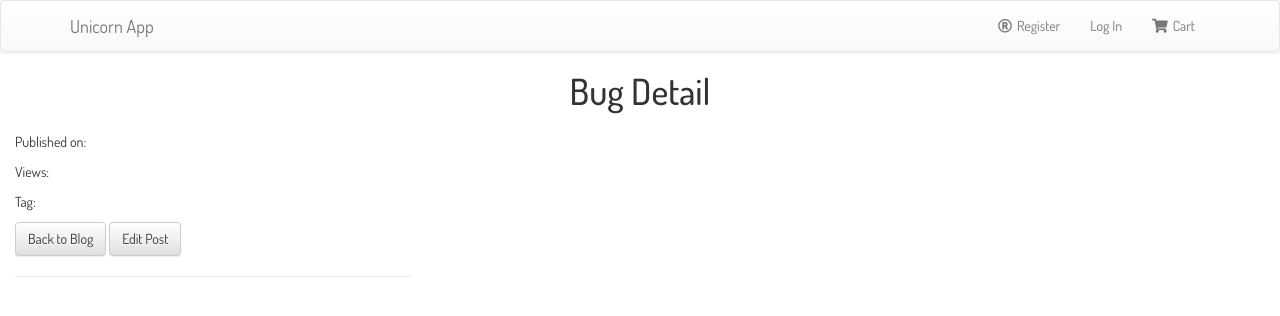
Repository: twdstudent/Project-5-Unicorn
Page: bugs/templates/bug-detail.html
The author's editor kept a record of every edit. The page is drawn from the files as they stood at one moment, then again after the next edit.
The browser window is 1280 px wide. The pictures show the whole page.
Some web fonts or font styles are not loaded; a fallback is used. Some web libraries are served in a nearby version. The template is drawn by Django 2.2. The application's start-up code is not run. Other server files are loaded and not shown. The template is opened directly, without the code that normally fills it, so the values that code supplies are empty.

Above is the page before.

### bugs/templates/bug-detail.html
{% extends 'base.html' %}
{% block content %}

<h1 class="h1">bug detail</h1>


<div class="container-fluid">
    <div class="row">
        <div class="col-xs-12 col-md-6 col-lg-4 col-xl-3">
            {% if post.image %}
                <img class="img-bugpost" src="/media/img{{ bug.image }}">
            {% endif %}
            <p>{{ post.content }}</p>
                    <p><span>Published on:</span> {{ bug.published_date }} </p>
                    <p><span>Views:</span> {{post.views}}</p>
                    <p><span>Tag:</span> {{ post.tag }}</p>
                    <a href="{% url 'get_posts' %}" class="btn btn-default">Back to Blog</a>
                    <a href="{% url 'edit_post' post.id %}" class="btn btn-default">Edit Post</a>
                    <hr>

        </div>
    </div>
</div>


{% endblock %}

### templates/base.html
{% load staticfiles %}
<!DOCTYPE html>
<html lang="en">

<head>
    <meta charset="UTF-8">
    <meta name="viewport" content="width=device-width, initial-scale=1">
    <meta http-equiv="X-UA-Compatible" content="ie=edge">

    <link rel="stylesheet" href="https://use.fontawesome.com/releases/v5.8.1/css/all.css" integrity="sha384-50oBUHEmvpQ+1lW4y57PTFmhCaXp0ML5d60M1M7uH2+nqUivzIebhndOJK28anvf" crossorigin="anonymous">
    <link rel="stylesheet" href="https://maxcdn.bootstrapcdn.com/bootstrap/3.3.7/css/bootstrap.min.css" integrity="sha384-BVYiiSIFeK1dGmJRAkycuHAHRg32OmUcww7on3RYdg4Va+PmSTsz/K68vbdEjh4u" crossorigin="anonymous">
    <!-- Optional theme -->
    <link rel="stylesheet" href="https://maxcdn.bootstrapcdn.com/bootstrap/3.3.7/css/bootstrap-theme.min.css" integrity="sha384-rHyoN1iRsVXV4nD0JutlnGaslCJuC7uwjduW9SVrLvRYooPp2bWYgmgJQIXwl/Sp" crossorigin="anonymous">
    <link rel="stylesheet" href="{% static 'css/styles.css' %}" type="text/css" />

    <script src="https://code.jquery.com/jquery-3.3.1.slim.min.js" integrity="sha384-q8i/X+965DzO0rT7abK41JStQIAqVgRVzpbzo5smXKp4YfRvH+8abtTE1Pi6jizo" crossorigin="anonymous"></script>
    <script src="https://maxcdn.bootstrapcdn.com/bootstrap/3.3.7/js/bootstrap.min.js" integrity="sha384-Tc5IQib027qvyjSMfHjOMaLkfuWVxZxUPnCJA7l2mCWNIpG9mGCD8wGNIcPD7Txa" crossorigin="anonymous"></script>
    <script type="text/javascript" src="{% static 'js/stripe.js' %}"></script>


    {% block head_js %}
    {% endblock head_js %}

    <title>{% block page_title %}{% endblock %}</title>
</head>

<body>
    <nav class="navbar navbar-masthead navbar-default">
        <div class="container">
            <div class="navbar-header">
                <button type="button" class="navbar-toggle collapsed" data-toggle="collapse" data-target="#navbar" aria-expanded="false" aria-controls="navbar">
                    <span class="sr-only">Toggle navigation</span>
                    <span class="icon-bar"></span>
                    <span class="icon-bar"></span>
                    <span class="icon-bar"></span>
                </button>
                <a class="navbar-brand" href="/">Unicorn App</a>
            </div>
            <div id="navbar" class="navbar-collapse collapse">
                <ul class="nav navbar-nav navbar-right">
                    {% if user.is_authenticated %}
                        <li><a href="{% url 'bugs' %}"><i class="fas fa-user"></i>Bugs</a></li>
                        <li><a href="{% url 'feature' %}"><i class="fas fa-user"></i>Features</a></li>
                        <li><a href="{% url 'profile' %}"><i class="fas fa-user"></i>Profile</a></li>
                        <li><a href="{% url 'logout' %}"><i class="fas fa-sign-out-alt"></i>Log Out</a></li>
                    {%  else %}
                        <li><a href="{% url 'registration' %}"><i class="far fa-registered"></i>Register</a></li>
                        <li><a href="{% url 'login' %}">Log In</a></li>
                    {% endif %}
                    <li>
                        <a href="{% url 'view_cart' %}">
                            <i class="fas fa-shopping-cart"></i>Cart
                            {% if feature_count > 0 %}
                            <label class="badge badge-warning">{{ feature_count }}</label>
                            {% endif %}
                        </a>
                    </li>
                </ul>
            </div>
        </div>
    </nav>

    <div class="align-header">
        <h1>{% block page_heading %}{% endblock %}</h1>
    </div>
    {% if messages %}
    <div class="logged-in">
        {% for message in messages %} {{ message }} {% endfor %}
    </div>
    {% endif %}

    {% block content %}
    {% endblock %}

</body>

</html>

### static/css/styles.css
@import url('https://fonts.googleapis.com/css?family=Dosis:100,200,300,400,500,600,700|San-Serif:100,200,300,400,500,600,700');

body {
    font-family: "Dosis";
}

form {
    width: 50%;
    margin-left: auto;
    margin-right: auto;
}

.fas, .far {
    margin-right: 5px;
}

.align {
    width: 50%;
    margin-left: auto;
    margin-right: auto;
    margin-top: 15px;
}

.align-header {
    width: 50%;
    margin-left: auto;
    margin-right: auto;
    text-align: center;
}

.h1 {
    text-align: center;
    text-transform: capitalize;
}

.logged-in {
    width: 30%;
    margin-left:auto;
    margin-right: auto;
    text-align: center;
}

.check-out-wrapper {
    width: 100%;
}

.check-out {
    width: 25%;
    margin-left: auto;
    margin-right: auto;
    text-align: center;
}

.total {
    font-weight: bold;
    text-align: center;
    width: 150px;
    margin-left: auto;
    margin-right: auto;
    margin-bottom: 20px;
    display: block;
    height: 70px;
    padding: 6px 12px;
    font-size: 17px;
    line-height: 1.42857143;
    color: #555;
    background-color: #fff;
    background-image: none;
    border: 1px solid #ccc;
    border-radius: 4px;
    -webkit-box-shadow: inset 0 1px 1px rgba(0,0,0,.075);
    box-shadow: inset 0 1px 1px rgba(0,0,0,.075);
    -webkit-transition: border-color ease-in-out .15s,-webkit-box-shadow ease-in-out .15s;
    -o-transition: border-color ease-in-out .15s,box-shadow ease-in-out .15s;
    transition: border-color ease-in-out .15s,box-shadow ease-in-out .15s;
}

.reset {
    margin-top: 5px;
}

.button-container {
    width: 100%;
    margin-top: 30px;
    margin-bottom: 50px;
}

.button-wrapper {
    width: 320px;
    margin-left: auto;
    margin-right: auto;
}

.button {
    width: 200px;
    margin-left: auto;
    margin-right: auto;
}

.btn-mod {
    margin-left: 0px;
    width: 100%;
    height: 75px;
    margin-top: 25px;
    font-size: 20px;
}

.hr {
    width: 85%;
}

.row.row-flex {
    display: flex;
    flex-wrap: wrap;
    margin-top: 30px;
}

.feature-description {
    min-height: 40px;
}

.footer {
    height: 75px;
    color: red;
    background-color: red;
}

.img-bugpost{
    height: 300px;
    width: auto;
}

.bug-box {
    width: 30%;
    margin-left: 5px;
}

### static/js/stripe.js
$(function() {
    $("#payment-form").submit(function() {
        var form = this;
        var card = {
            number: $("#id_credit_card_number").val(),
            expMonth: $("#id_expiry_month").val(),
            expYear: $("#id_expiry_year").val(),
            cvc: $("#id_cvv").val()
        };

    Stripe.createToken(card, function(status, response) {
        if (status === 200) {
            $("#credit-card-errors").hide();
            $("#id_stripe_id").val(response.id);

            // Prevent the credit card details from being submitted
            // to our server
            $("#id_credit_card_number").removeAttr('name');
            $("#id_cvv").removeAttr('name');
            $("#id_expiry_month").removeAttr('name');
            $("#id_expiry_year").removeAttr('name');

            form.submit();
        } else {
            $("#stripe-error-message").text(response.error.message);
            $("#credit-card-errors").show();
            $("#validate_card_btn").attr("disabled", false);
        }
    });
    return false;
    });
});

After the next edit:
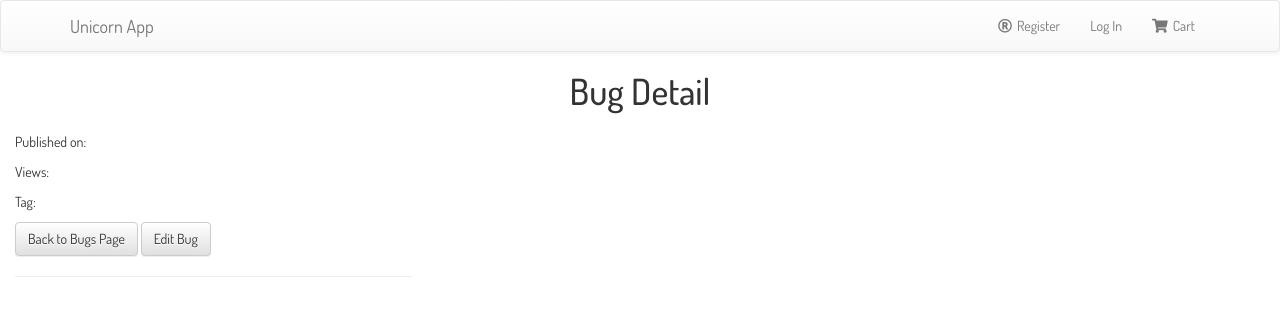
The edit:
--- a/bugs/templates/bug-detail.html
+++ b/bugs/templates/bug-detail.html
@@ -14,10 +14,9 @@
                     <p><span>Published on:</span> {{ bug.published_date }} </p>
                     <p><span>Views:</span> {{post.views}}</p>
                     <p><span>Tag:</span> {{ post.tag }}</p>
-                    <a href="{% url 'get_posts' %}" class="btn btn-default">Back to Blog</a>
-                    <a href="{% url 'edit_post' post.id %}" class="btn btn-default">Edit Post</a>
+                    <a href="{% url 'get_bugs' %}" class="btn btn-default">Back to Bugs Page</a>
+                    <a href="{% url 'edit_bug' post.id %}" class="btn btn-default">Edit Bug</a>
                     <hr>
-
         </div>
     </div>
 </div>
